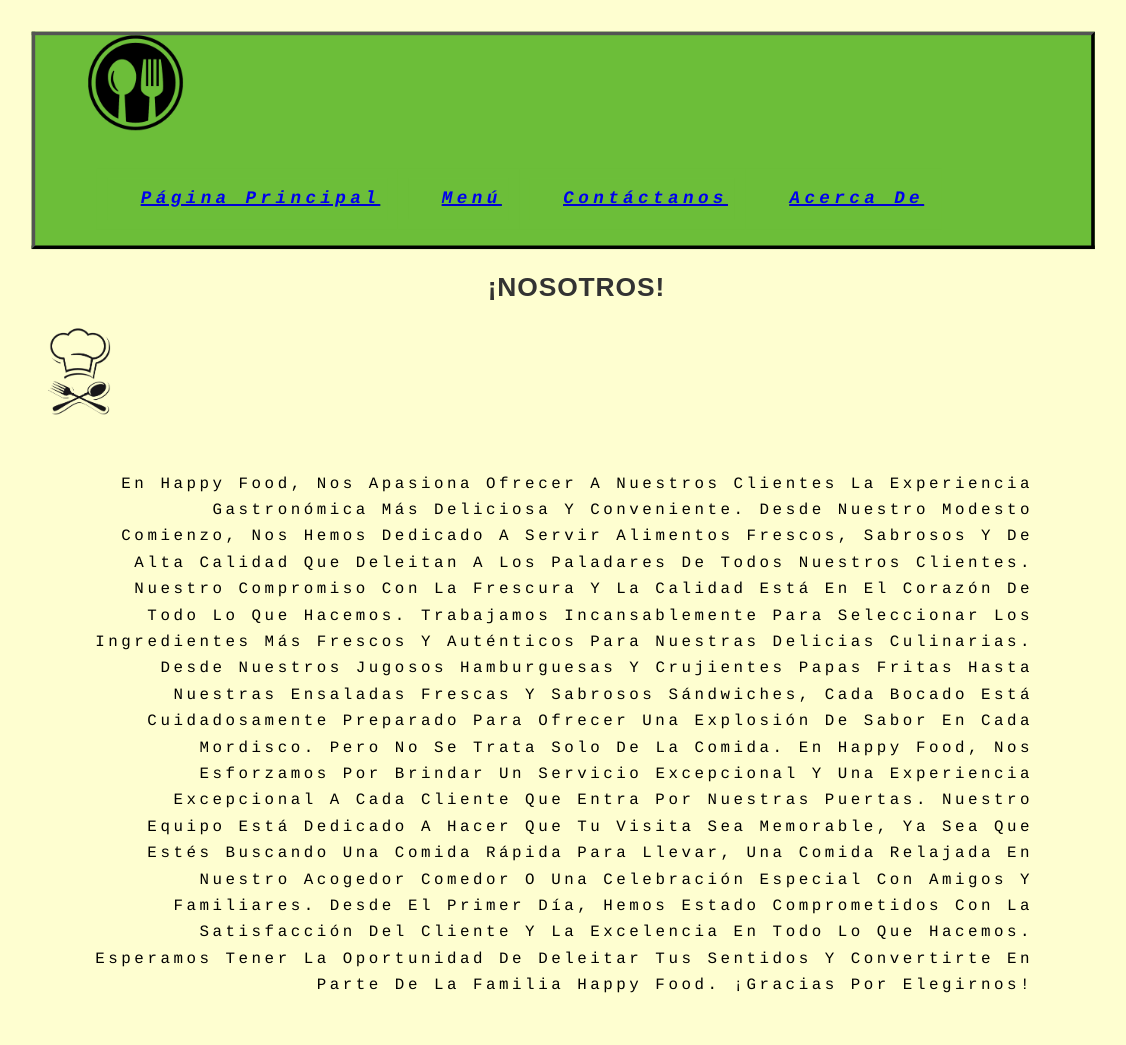
Repository: UVMCoyoacan/eq06_sitio1
Page: Carpeta docs/acercade.html
The author's editor kept a copy of each file at every save. The page is drawn from the files as they stood at one save, then again after the next save.
The browser window is 1280 px wide. The pictures show the whole page, at 88% of full size.

Above is the page before, as saved 2024-03-08 11:55:54.

### Carpeta docs/acercade.html
<!DOCTYPE html>
<html>
    <head>
        <link rel="stylesheet" href="../Carpeta estilos/estilo1.css"/>
        <meta charset="utf-8" />
    </head>
    <body>
        <header id="parte_inicial" role="banner">
            <div class="encabezado" style="display: flex;   flex-wrap: wrap;">
                    <div style="flex-wrap:wrap ;">
                    <img width="108" height="108" src="../Carpeta ims/tres.png" onclick="redirigirIndex()" style="text-align: left; cursor:pointer;";>
                    </div>
            <div style="display: flex;   flex-wrap: wrap;">
            <ul >
                <li><a href="../index.html">Página principal</a></li>
                <li><a href="menu.html">Menú</a></li>
                <li><a href="contactos.html">Contáctanos</a></li>
                <li style="float:right"><a class="active" href="#">Acerca de</a></li>
            </ul>
        </div>
            </div>
        </header>
<div>
        <h4> ¡Nosotros!</h4><img width="108" height="108" src="../Carpeta ims/spoon-removebg-preview.png" onclick="redirigirIndex()" style="text-align: left; cursor:pointer;";>
        <ul style="text-align: right;">


<br>

En Happy Food, nos apasiona ofrecer a nuestros clientes la experiencia gastronómica más deliciosa y conveniente. Desde nuestro modesto comienzo, nos hemos dedicado a servir alimentos frescos, sabrosos y de alta calidad que deleitan a los paladares de todos nuestros clientes.

Nuestro compromiso con la frescura y la calidad está en el corazón de todo lo que hacemos. Trabajamos incansablemente para seleccionar los ingredientes más frescos y auténticos para nuestras delicias culinarias. Desde nuestros jugosos hamburguesas y crujientes papas fritas hasta nuestras ensaladas frescas y sabrosos sándwiches, cada bocado está cuidadosamente preparado para ofrecer una explosión de sabor en cada mordisco.

Pero no se trata solo de la comida. En Happy Food, nos esforzamos por brindar un servicio excepcional y una experiencia excepcional a cada cliente que entra por nuestras puertas. Nuestro equipo está dedicado a hacer que tu visita sea memorable, ya sea que estés buscando una comida rápida para llevar, una comida relajada en nuestro acogedor comedor o una celebración especial con amigos y familiares.

Desde el primer día, hemos estado comprometidos con la satisfacción del cliente y la excelencia en todo lo que hacemos. Esperamos tener la oportunidad de deleitar tus sentidos y convertirte en parte de la familia Happy Food.

¡Gracias por elegirnos!


        </ul>
    </div>
    </body>
    <script src="../Carpeta js/js1.js">
    </script>
</html>

### Carpeta estilos/estilo1.css
body{
  background-color:#fefec0be;
  font-size:20px;
  font-family:Courier;
  font-weight:bold;
  font-style:normal;
  line-height:30px;
  letter-spacing:5px;
  padding: 28px;
  text-transform:capitalize;
  text-align:left;
  text-indent:30px;

}
header{
  background-color:#6cbe39;
  font-size:20px;
  font-family:Courier;
  font-weight:bold;
  font-style:italic;
  line-height:60px;
  letter-spacing:5px;
  text-transform:capitalize;
  text-align:left;
  text-indent:60px;
  border-style: outset;
  border-color: #000000;
  border-width: .4ch;

}
li {
  display: inline;
  float: left;
  background-color:#6cbe39;
  font-size:20px;
  font-family:Courier;
  font-weight:bold;
  font-style:oblique;
  line-height:30px;
  letter-spacing:5px;
  text-decoration:underline;
  text-transform:capitalize;
  text-align:left;
  text-indent:30px;
  border-style:inherit;
  border-color: #303130;
  padding: 12px;
}


a {
  display: block;
  padding: 8px;
  background-color:#6cbe39;
}
.active {
  background-color:transparent;

}

#titulo{
  text-decoration: overline underline;
  font-size:30px;
  font-style:oblique;

}

p{

    font-size: 30px;
    font-family: Courier;
    font-weight: bold;
    font-style:italic;
    line-height: 30px;
    letter-spacing: 5px;
    text-transform: capitalize;
    text-align: left;
    text-indent: 30px;
    margin-left: auto;
    color: #2e2e2e;
      background-color: #ffffff;


    }

  ol{

      font-size: 20px;
      font-family: Courier;
      font-weight:200;
      font-style: normal;
      line-height: 30px;
      letter-spacing: 5px;
      text-transform: capitalize;
      text-align: left;
      text-indent: 30px;
      color: #2e2e2e;
      padding-left: 40px;
    }
    h1{
      font-size: 30px;
      font-family: Courier;
      font-weight: bold;
      font-style:italic;
      line-height: 30px;
      letter-spacing: 5px;
      text-transform: capitalize;
      text-align: left;
      text-indent: 30px;
      margin-left: auto;
      color: #2e2e2e;
        background-color: #b3e64c;
    }
    h2 {
      font-size: 30px;
      font-family: Arial, sans-serif;
      font-weight: bold;
      font-style: normal;
      line-height: 1.5;
      letter-spacing: 1px;
      text-transform: uppercase;
      text-align: center;
      color: #333333;
      margin-top: 20px;
      margin-bottom: 20px;
    }
    ul{
      font-size: 18px;
      font-family: Courier;
      font-weight:200;
      font-style:initial;
      line-height: 30px;
      letter-spacing: 4px;
      text-transform: capitalize;
      text-align: left;
      text-indent: 20px;
      color: #000000;
      padding-left: 70px;
      padding-right: 70px;

    }

  h3{
    font-size: 30px;
    font-family: Courier;
    font-weight: bold;
    font-style:italic;
    line-height: 30px;
    letter-spacing: 5px;
    text-transform: capitalize;
    text-align: left;
    text-indent: 30px;
    margin-left: auto;
    color: #2e2e2e;
      background-color: #b3e64c;
  }
  h4 {
    font-size: 30px;
    font-family: Arial, sans-serif;
    font-weight: bold;
    font-style: normal;
    line-height: 1.5;
    letter-spacing: 1px;
    text-transform: uppercase;
    text-align: center;
    color: #333333;
    margin-top: 20px;
    margin-bottom: 20px;
  }

### Carpeta js/js1.js
function redirigirIndex() {
    window.location.href = '../index.html';
}

After the next save:
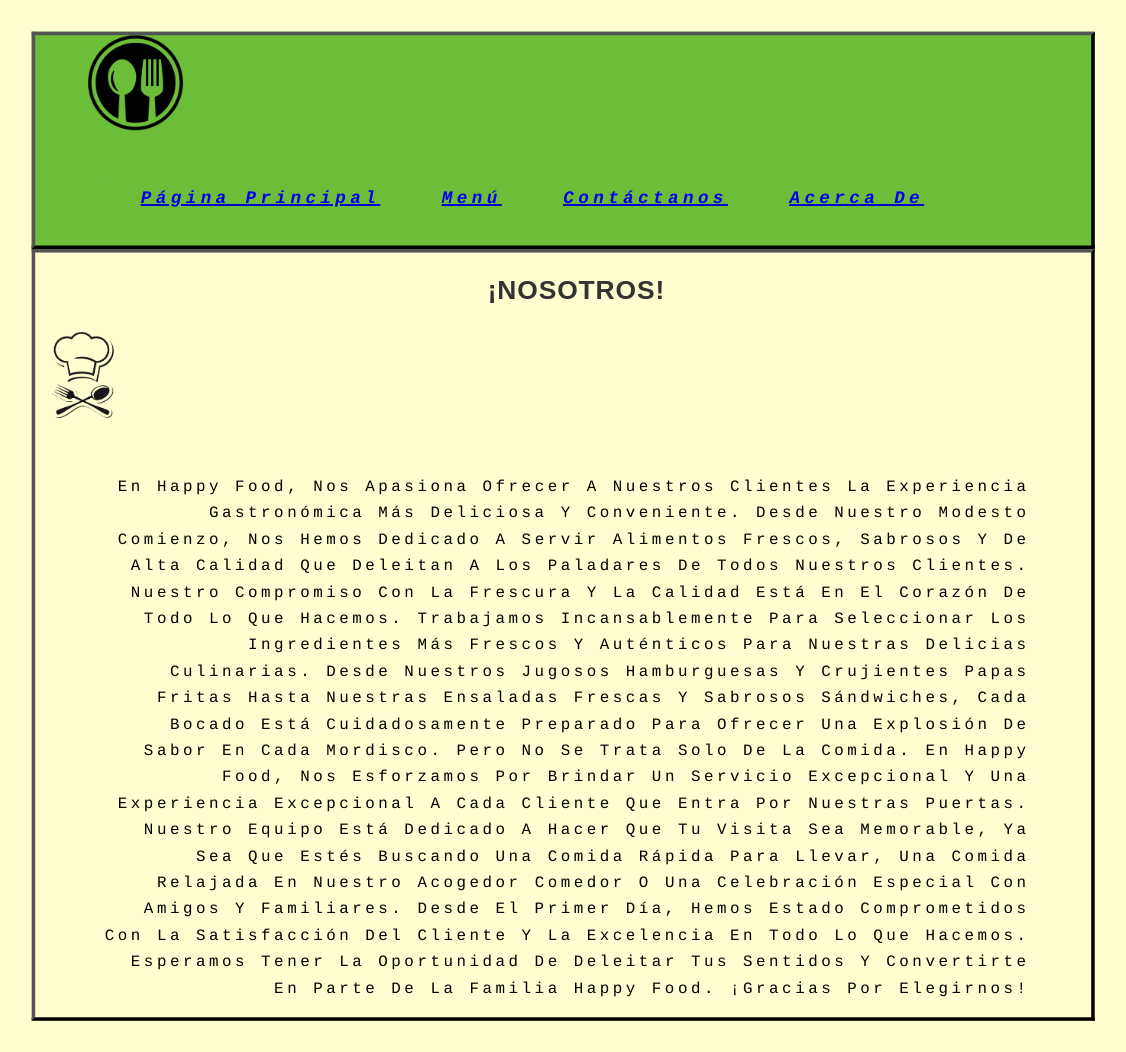
Saved 9 s later.
--- a/Carpeta docs/acercade.html
+++ b/Carpeta docs/acercade.html
@@ -20,7 +20,10 @@
         </div>
             </div>
         </header>
-<div>
+<div
+style="border-style: outset;
+    border-color: #000000;
+    border-width: .4ch;">
         <h4> ¡Nosotros!</h4><img width="108" height="108" src="../Carpeta ims/spoon-removebg-preview.png" onclick="redirigirIndex()" style="text-align: left; cursor:pointer;";>
         <ul style="text-align: right;">
 
